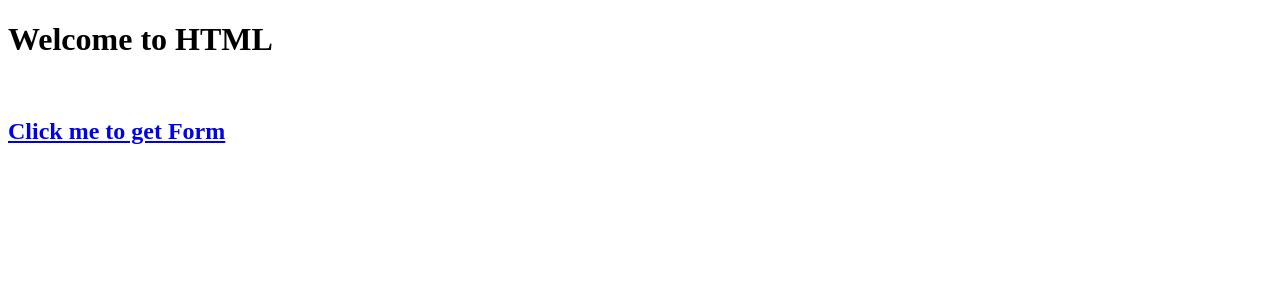
Repository: ShashantNagpure/AllProjects
Page: MyApplication/WebContent/index.html
These files come from the project's save history. The page is drawn as it stood at one moment and after the next save; the edit follows.
The browser window is 1280 px wide. The pictures show the whole page.

Above is the page before, as saved 2018-09-17 10:37:43.

After the next save:
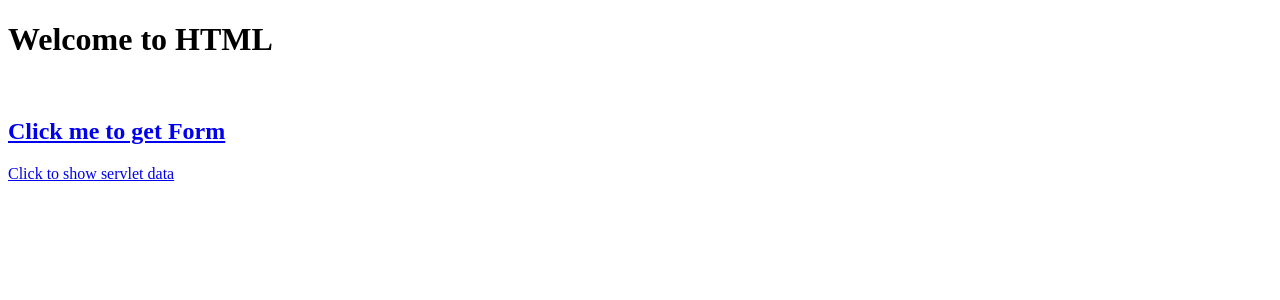
Saved 110 s later.
--- a/MyApplication/WebContent/index.html
+++ b/MyApplication/WebContent/index.html
@@ -8,5 +8,6 @@
 <h1>Welcome to HTML</h1>
 <br>
 <H2><a href="form.html">Click me to get Form</a></H2>
+<a href="show">Click to show servlet data</a>
 </body>
 </html>
